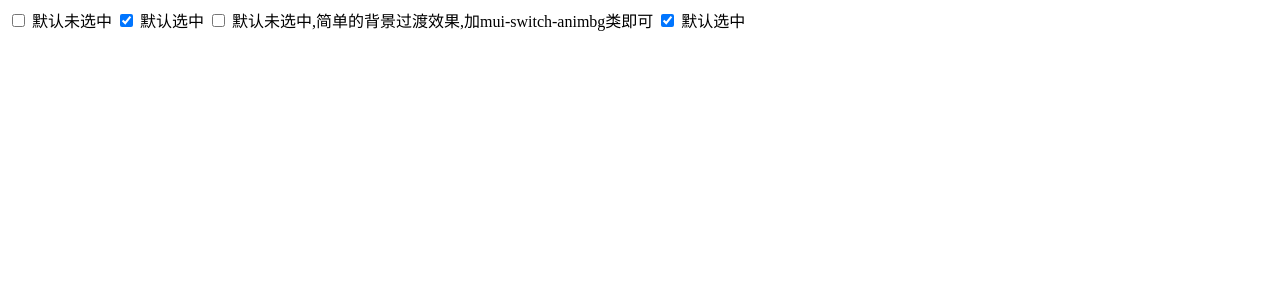
Repository: Germtao/Web
Page: web_css/css_others.html
The author's editor kept a copy of each file at every save. The page is drawn from the files as they stood at one save, then again after the next save.
The browser window is 1280 px wide. The pictures show the whole page.

Above is the page before, as saved 2020-11-05 15:19:01.

### web_css/css_others.html
<!DOCTYPE html>
<html lang="en">

<head>
  <meta charset="UTF-8">
  <meta name="viewport" content="width=device-width, initial-scale=1.0">
  <title>Others</title>


</head>

<body>
  <label for="">
    <input class="mui-switch" type="checkbox">
    默认未选中
  </label>

  <label for="">
    <input class="mui-switch" type="checkbox" checked>
    默认选中
  </label>

  <label for="">
    <input class="mui-switch mui-switch-animbg" type="checkbox">
    默认未选中,简单的背景过渡效果,加mui-switch-animbg类即可
  </label>

  <label for="">
    <input class="mui-switch mui-switch-animbg" type="checkbox" checked>
    默认选中
  </label>

  <label for="">

  </label>
</body>

</html>

After the next save:
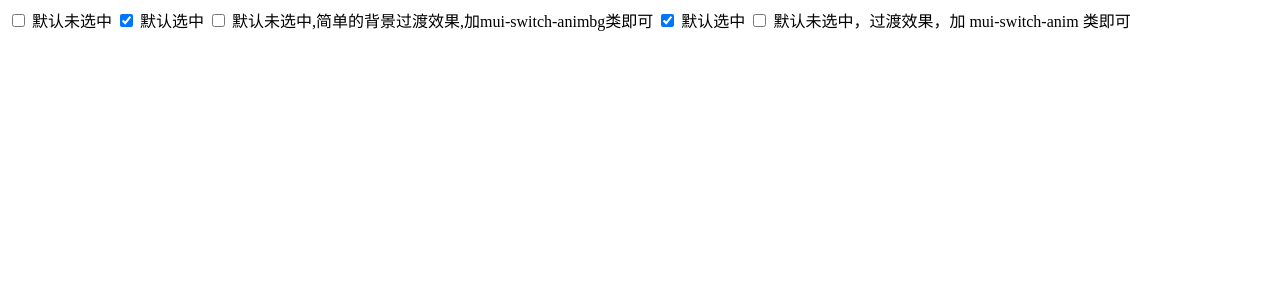
Saved 19 s later.
--- a/web_css/css_others.html
+++ b/web_css/css_others.html
@@ -31,7 +31,8 @@
   </label>
 
   <label for="">
-
+    <input class="mui-switch mui-switch-anim" type="checkbox">
+    默认未选中，过渡效果，加 mui-switch-anim 类即可
   </label>
 </body>
 
